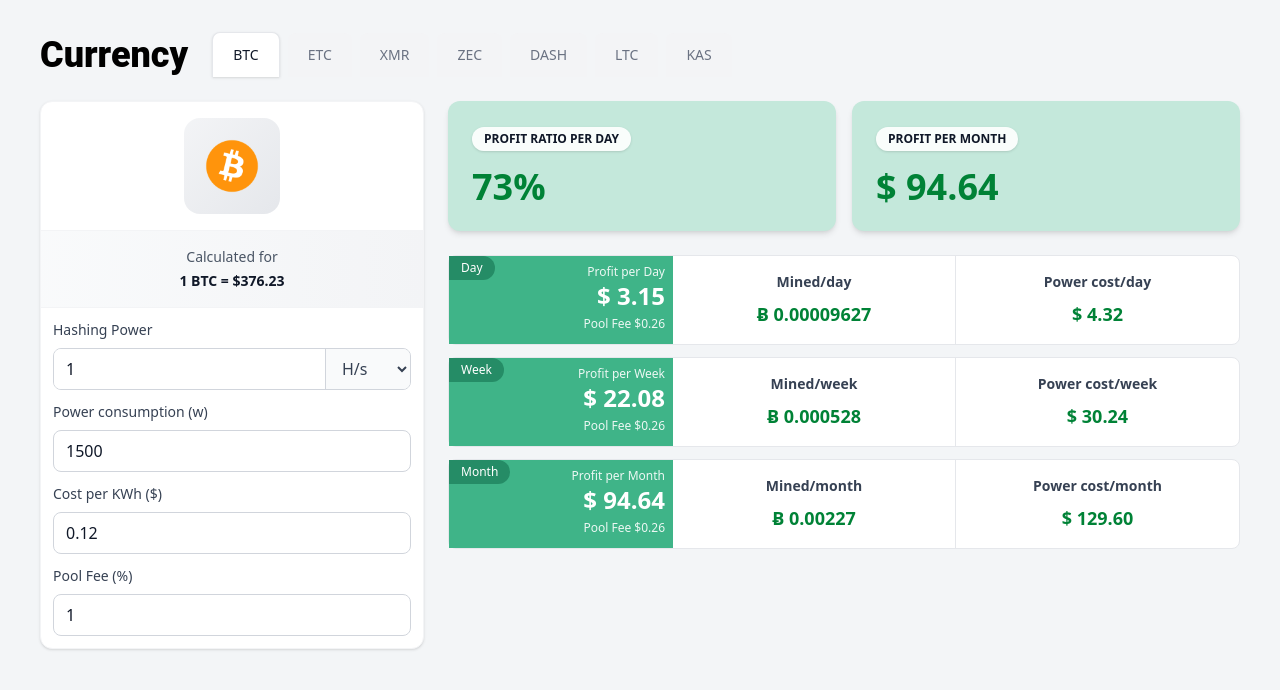
Repository: Bilal-Ahmad-CodeMaster/crypto-proj
Page: /
An editor plug-in stored every save of this project. The page is shown before and after the next save, followed by the edit.
The browser window is 1280 px wide. The pictures show the whole page.
The project was rebuilt for these pictures with package versions that can differ from the ones it lists, and the page was loaded fresh each time. The framework's server and built-in components were replaced by stand-ins that run in the browser. Also part of the build but not shown: next.config.ts.

Above is the page before, as saved 2025-11-25 22:53:17.

After the next save:
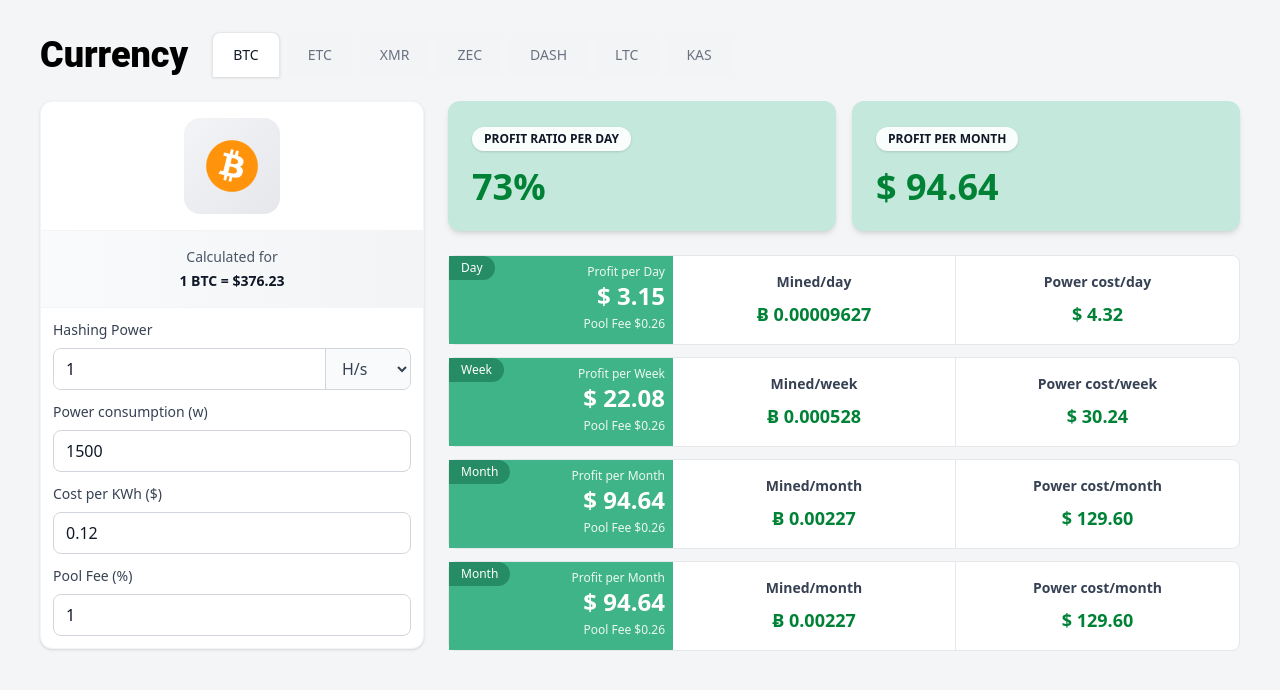
Saved 2 min 31 s later.
--- a/src/app/components/ResultCards.tsx
+++ b/src/app/components/ResultCards.tsx
@@ -104,6 +104,14 @@
                     poolFee="$ 2.27"
                     positive={positive}
                 />
+                <StatRow
+                    title="Month"
+                    money="$ 94.64"
+                    mined={`${currencySymbol} 0.00227`}
+                    powerCost="$ 129.60"
+                    poolFee="$ 2.27"
+                    positive={positive}
+                />
             </div>
         </div>
     )
